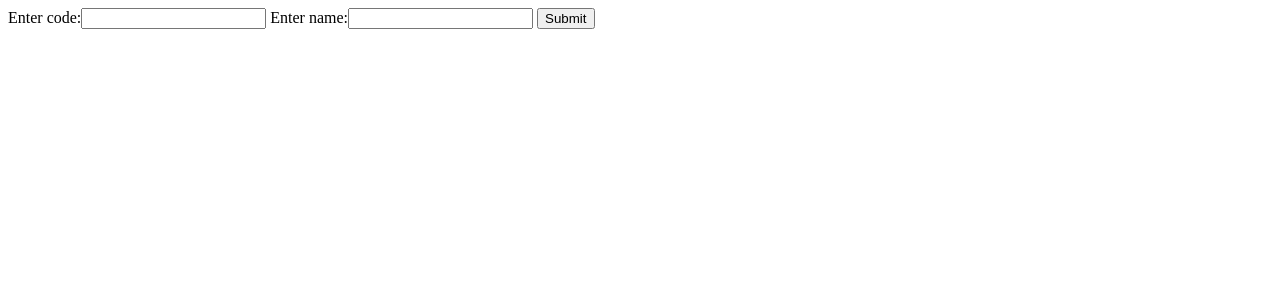
Repository: shiva94/MyProjects
Page: http://localhost/ServDemo1/Update.jsp
An editor plug-in stored every save of this project. The page is shown before and after the next save, followed by the edit.
The browser window is 1280 px wide. The pictures show the whole page.
The page is served by Tomcat 9. Other server files are loaded and not shown.

Above is the page before, as saved 2015-08-11 12:39:07.

### ServDemo1/WebContent/Update.jsp
<%@ page language="java" contentType="text/html; charset=ISO-8859-1"
    pageEncoding="ISO-8859-1"%>
<!DOCTYPE html PUBLIC "-//W3C//DTD HTML 4.01 Transitional//EN" "http://www.w3.org/TR/html4/loose.dtd">
<html>
<head>
<meta http-equiv="Content-Type" content="text/html; charset=ISO-8859-1">
<title>Insert title here</title>
</head>
<body>
<form action="UpdateEmployee">
Enter code:<input type="text" name="empcode">
Enter name:<input type="text" name="empname">
<input type="submit">
</form>
</body>
</html>

After the next save:
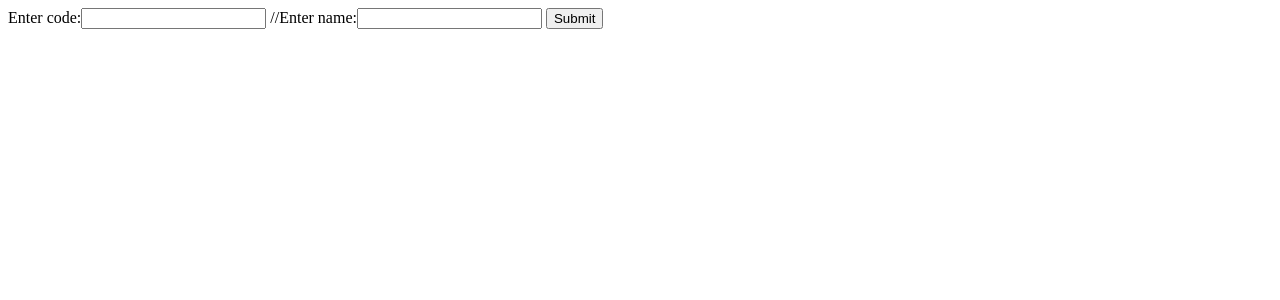
Saved 10 s later.
--- a/ServDemo1/WebContent/Update.jsp
+++ b/ServDemo1/WebContent/Update.jsp
@@ -9,7 +9,7 @@
 <body>
 <form action="UpdateEmployee">
 Enter code:<input type="text" name="empcode">
-Enter name:<input type="text" name="empname">
+//Enter name:<input type="text" name="empname">
 <input type="submit">
 </form>
 </body>
